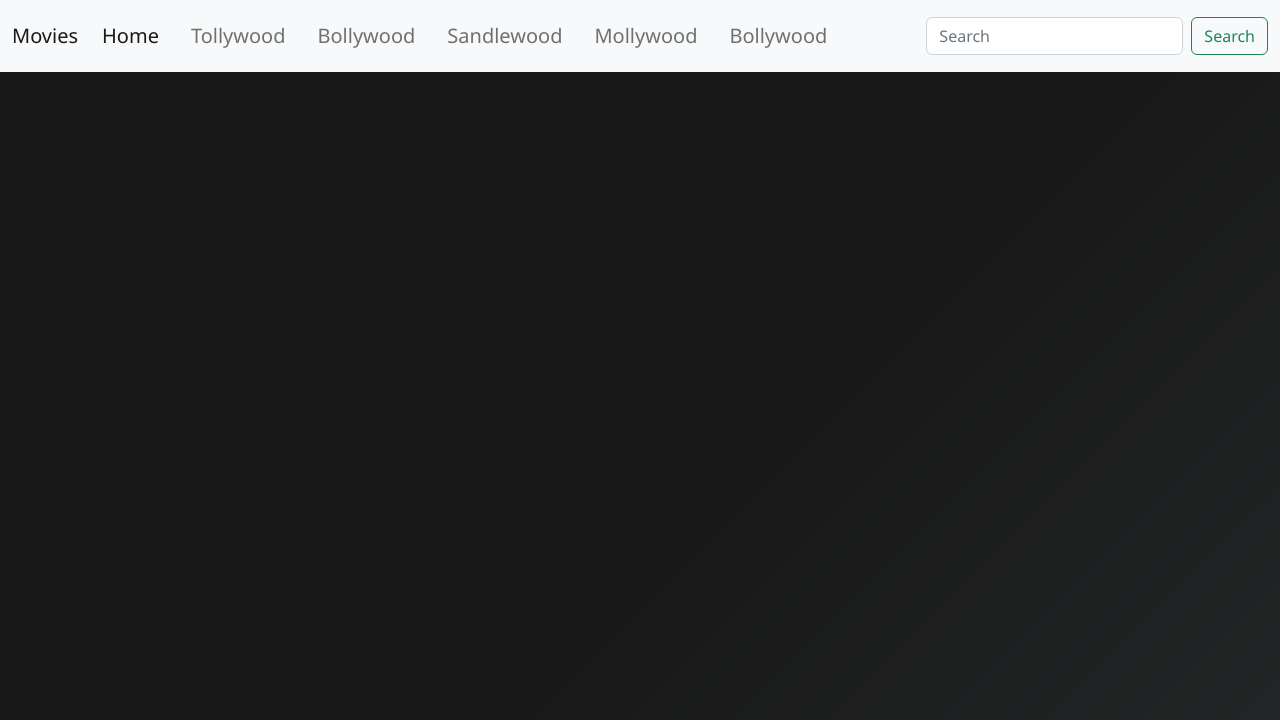
Repository: chandu7777158/Movies_spot
Page: /
An editor plug-in stored every save of this project. The page is shown before and after the next save, followed by the edit.
The browser window is 1280 px wide. The pictures show the whole page.
The project was rebuilt for these pictures with package versions that can differ from the ones it lists, and the page was loaded fresh each time. Also part of the build but not shown: vite.config.js.

Above is the page before, as saved 2026-01-22 10:52:12.

### index.html
<!doctype html>
<html lang="en">
  <head>
    <meta charset="UTF-8" />
    <link rel="icon" type="image/svg+xml" href="/vite.svg" />
    <meta name="viewport" content="width=device-width, initial-scale=1.0" />
    <title>movies_spot</title>
    <link href="https://cdn.jsdelivr.net/npm/bootstrap@5.2.3/dist/css/bootstrap.min.css" rel="stylesheet" integrity="sha384-rbsA2VBKQhggwzxH7pPCaAqO46MgnOM80zW1RWuH61DGLwZJEdK2Kadq2F9CUG65" crossorigin="anonymous">

  </head>
  <body>
    <script src="https://cdn.jsdelivr.net/npm/bootstrap@5.2.3/dist/js/bootstrap.bundle.min.js" integrity="sha384-kenU1KFdBIe4zVF0s0G1M5b4hcpxyD9F7jL+jjXkk+Q2h455rYXK/7HAuoJl+0I4" crossorigin="anonymous"></script>
    <div id="root"></div>
    <script type="module" src="/src/main.jsx"></script>
  </body>
</html>

### src/index.css
body {
	background: linear-gradient(135deg, #181818 60%, #232526 100%);
	min-height: 100vh;
	color: #f5f5f5;
	font-family: 'Segoe UI', 'Roboto', 'Arial', sans-serif;
	margin: 0;
}

.page-section {
	padding: 2rem 1rem;
	background: rgba(24, 24, 24, 0.95);
	border-radius: 12px;
	box-shadow: 0 2px 16px rgba(0,0,0,0.2);
	margin: 2rem auto;
	max-width: 1200px;
}

/* Accent color for headings and highlights */
.accent {
	color: #ffc107;
}

### src/App.jsx
import React from 'react'
import Navbar from './components/Navbar'

export default function App() {
  return (
    <div>
      <Navbar/>
    </div>
  )
}

### src/components/Navbar.jsx
import React from 'react'

export default function Navbar() {
    return (
        <div>
            <nav class="navbar navbar-expand-lg bg-light">

                <div class="container-fluid">
                    <a class="navbar-brand" href="#">Movies</a>

                    <div class="collapse navbar-collapse" id="navbarSupportedContent">

                        <ul class="navbar-nav me-auto mb-2 mb-lg-0">
                            <li class="navbar-brand">
                                <a class="nav-link active" aria-current="page" href="#">Home</a>
                            </li>
                            <li class="navbar-brand">
                                <a class="nav-link" href="#">Tollywood</a>
                            </li>
                            <li class="navbar-brand">
                                <a class="nav-link" href="#">Bollywood</a>
                            </li>
                            <li class="navbar-brand">
                                <a class="nav-link" href="#">Sandlewood</a>
                            </li>
                            <li class="navbar-brand ">
                                <a class="nav-link " href="#">Mollywood</a>
                            </li>
                            <li class="navbar-brand ">
                                <a class="nav-link " href="#">Bollywood</a>
                            </li>

                        </ul>
                        <form class="d-flex" role="search">
                            <input class="form-control me-2" type="search" placeholder="Search" aria-label="Search"/>
                            <button class="btn btn-outline-success" type="submit">Search</button>
                        </form>
                    </div>
                </div>
            </nav>

        </div>
    )
}

Loaded but not shown: src/main.jsx (common file)

After the next save:
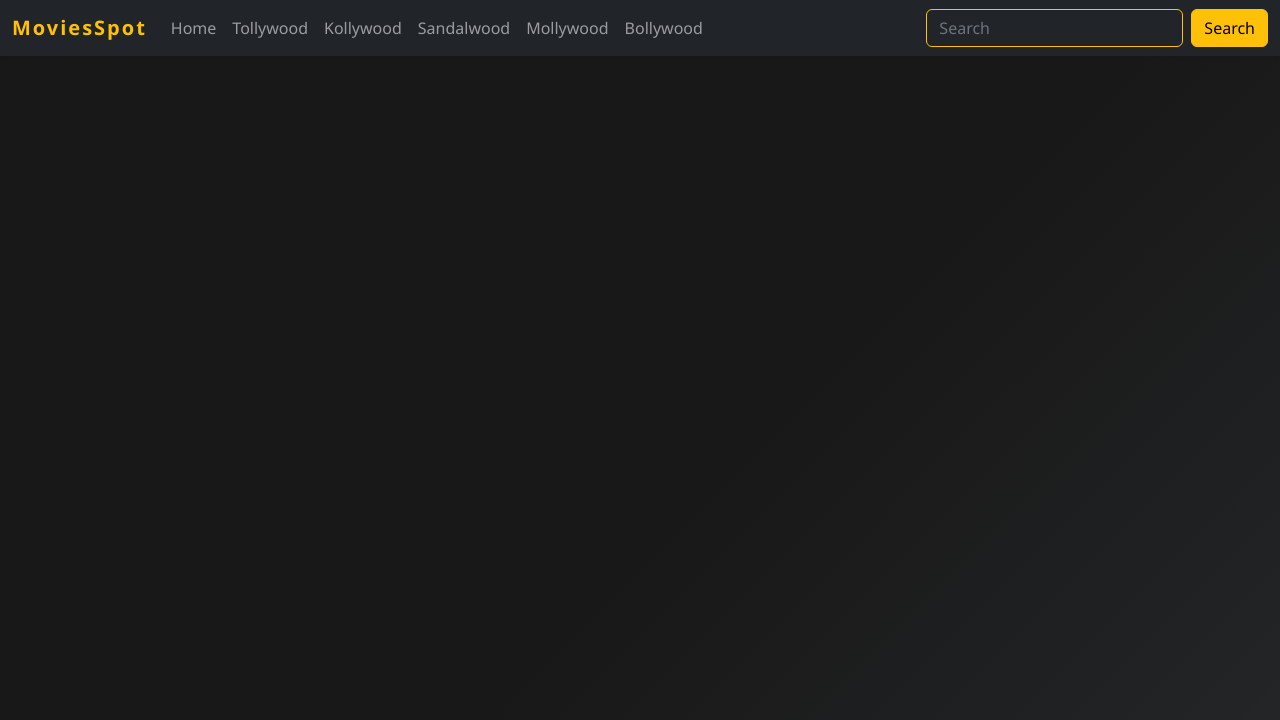
Saved 7 s later.
--- a/src/components/Navbar.jsx
+++ b/src/components/Navbar.jsx
@@ -1,44 +1,41 @@
-import React from 'react'
+
+import React from 'react';
 
 export default function Navbar() {
     return (
-        <div>
-            <nav class="navbar navbar-expand-lg bg-light">
-
-                <div class="container-fluid">
-                    <a class="navbar-brand" href="#">Movies</a>
-
-                    <div class="collapse navbar-collapse" id="navbarSupportedContent">
-
-                        <ul class="navbar-nav me-auto mb-2 mb-lg-0">
-                            <li class="navbar-brand">
-                                <a class="nav-link active" aria-current="page" href="#">Home</a>
-                            </li>
-                            <li class="navbar-brand">
-                                <a class="nav-link" href="#">Tollywood</a>
-                            </li>
-                            <li class="navbar-brand">
-                                <a class="nav-link" href="#">Bollywood</a>
-                            </li>
-                            <li class="navbar-brand">
-                                <a class="nav-link" href="#">Sandlewood</a>
-                            </li>
-                            <li class="navbar-brand ">
-                                <a class="nav-link " href="#">Mollywood</a>
-                            </li>
-                            <li class="navbar-brand ">
-                                <a class="nav-link " href="#">Bollywood</a>
-                            </li>
-
-                        </ul>
-                        <form class="d-flex" role="search">
-                            <input class="form-control me-2" type="search" placeholder="Search" aria-label="Search"/>
-                            <button class="btn btn-outline-success" type="submit">Search</button>
-                        </form>
-                    </div>
+        <nav className="navbar navbar-expand-lg navbar-dark bg-dark shadow-sm py-2">
+            <div className="container-fluid">
+                <a className="navbar-brand fw-bold text-warning" href="#" style={{letterSpacing: '2px'}}>MoviesSpot</a>
+                <button className="navbar-toggler" type="button" data-bs-toggle="collapse" data-bs-target="#navbarNav" aria-controls="navbarNav" aria-expanded="false" aria-label="Toggle navigation">
+                    <span className="navbar-toggler-icon"></span>
+                </button>
+                <div className="collapse navbar-collapse" id="navbarNav">
+                    <ul className="navbar-nav me-auto mb-2 mb-lg-0">
+                        <li className="nav-item">
+                            <a className="nav-link" href="#">Home</a>
+                        </li>
+                        <li className="nav-item">
+                            <a className="nav-link" href="#">Tollywood</a>
+                        </li>
+                        <li className="nav-item">
+                            <a className="nav-link" href="#">Kollywood</a>
+                        </li>
+                        <li className="nav-item">
+                            <a className="nav-link" href="#">Sandalwood</a>
+                        </li>
+                        <li className="nav-item">
+                            <a className="nav-link" href="#">Mollywood</a>
+                        </li>
+                        <li className="nav-item">
+                            <a className="nav-link" href="#">Bollywood</a>
+                        </li>
+                    </ul>
+                    <form className="d-flex" role="search">
+                        <input className="form-control me-2 bg-dark text-light border-warning" type="search" placeholder="Search" aria-label="Search" />
+                        <button className="btn btn-warning" type="submit">Search</button>
+                    </form>
                 </div>
-            </nav>
-
-        </div>
-    )
+            </div>
+        </nav>
+    );
 }
